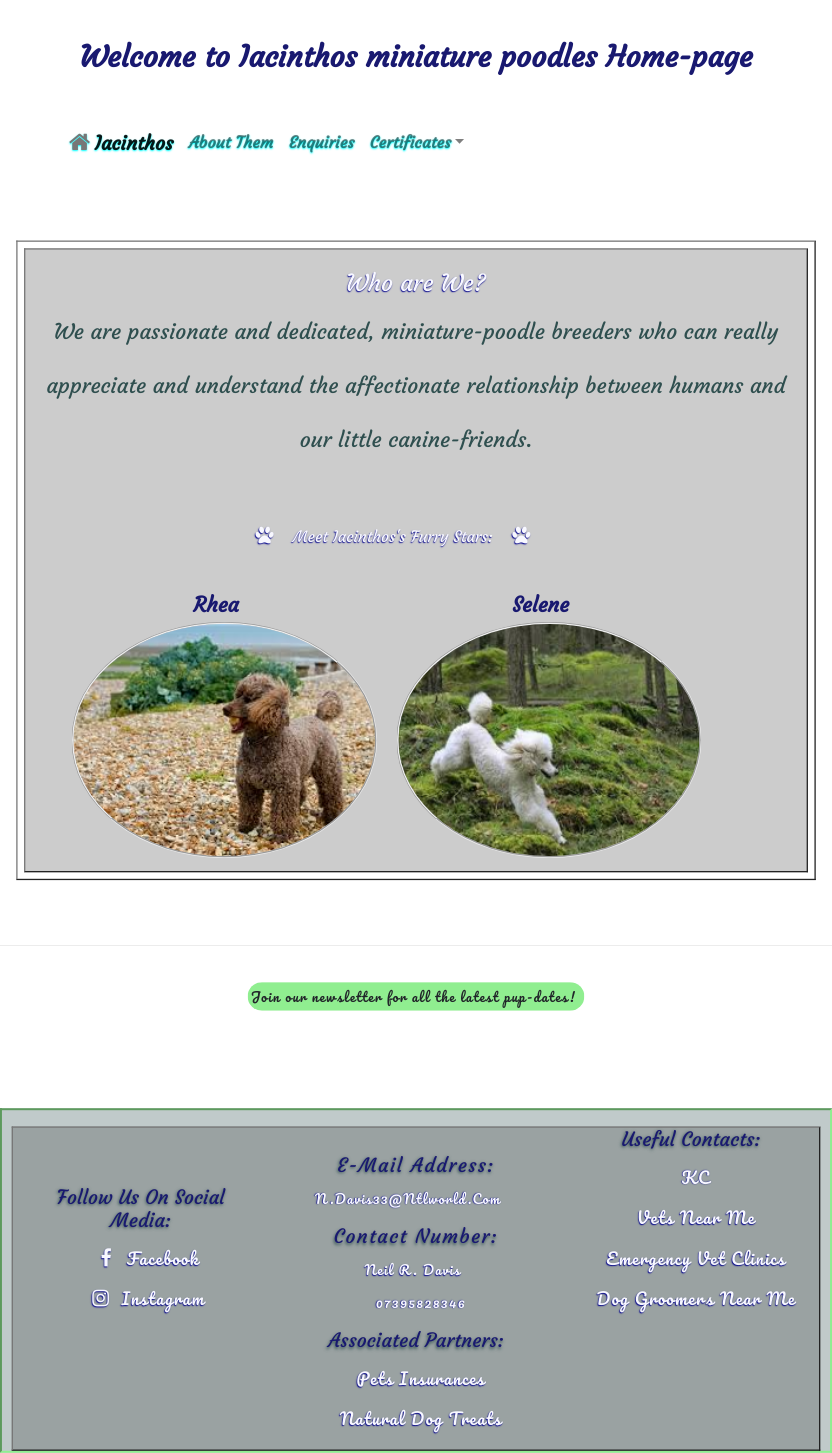
Repository: Code-Institute-Submissions/GeorgiosSklav-Iacinthos-blog
Page: index.html
The author's editor kept a record of every edit. The page is drawn from the files as they stood at one moment, then again after the next edit.
The browser window is 1280 px wide. The pictures show the whole page, at 65% of full size.

Above is the page before.

After the next edit:
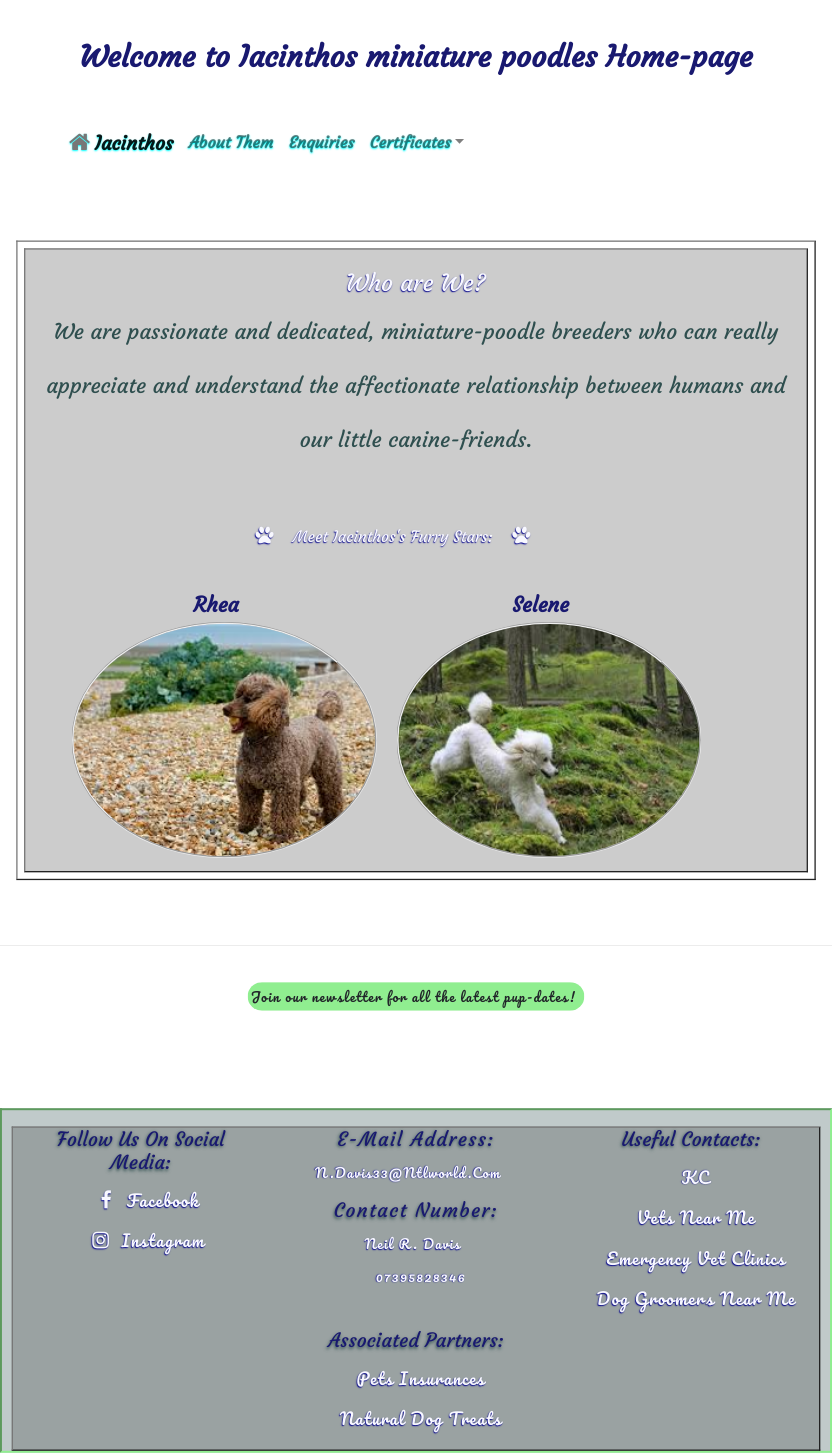
The edit:
--- a/index.html
+++ b/index.html
@@ -112,7 +112,7 @@
 
     <footer class="container-fluid footer">
         <div class="background-overlay">
-            <div class="row align-items-end">
+            <div class="row">
                 <div class="col-12 col-md-3 col-lg-3">
                     <h4 class="social-title capitalise">Follow us on social media:</h4>
                     <ul class="social-links">
